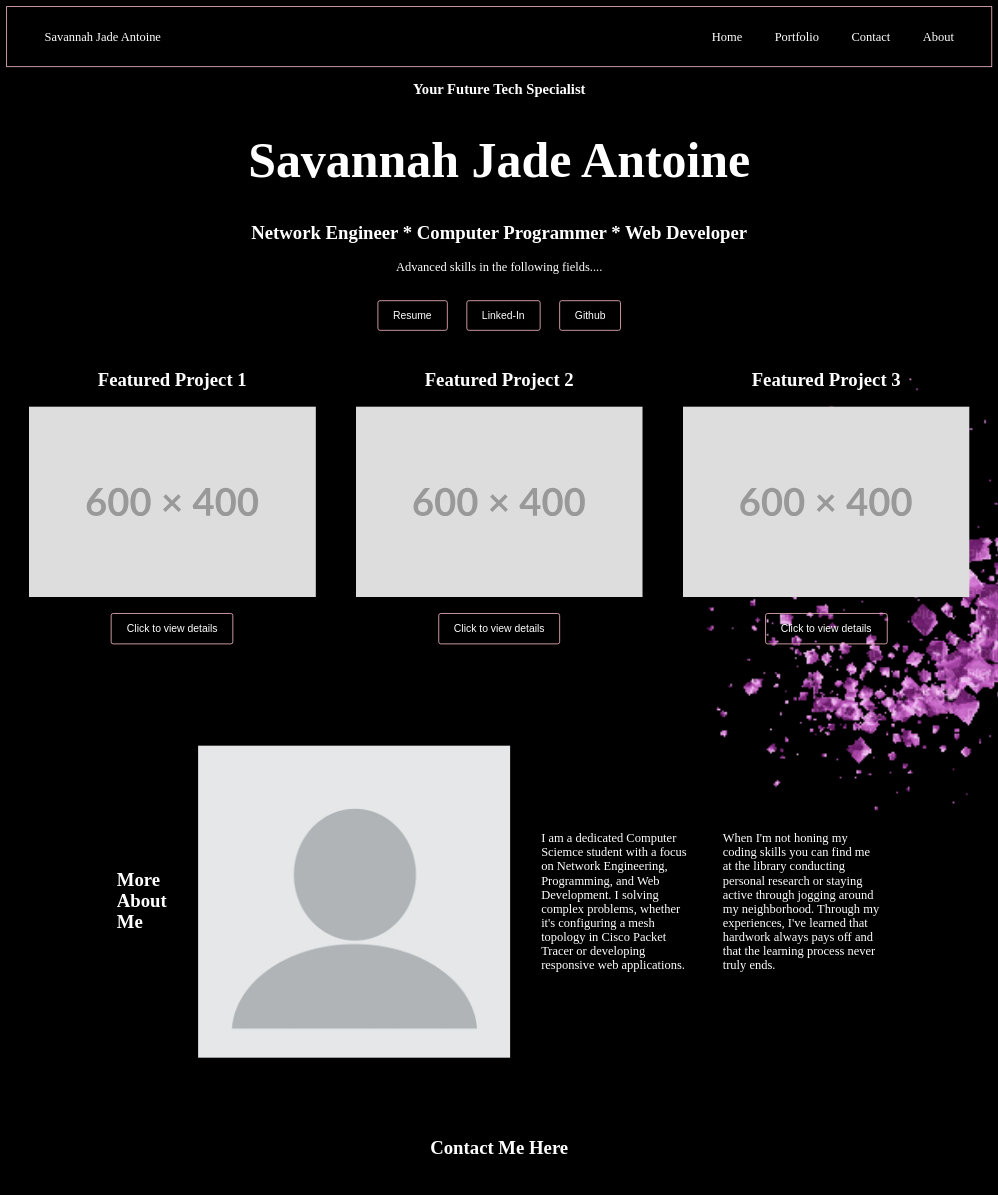
Repository: Savannah-Antoine/Savannah-Antoine
Page: index.html
These files come from the project's save history. The page is drawn as it stood at one moment and after the next save; the edit follows.
The browser window is 1280 px wide. The pictures show the whole page, at 78% of full size.

Above is the page before, as saved 2026-05-15 13:33:30.

### index.html
<!DOCTYPE html>
<html lang="en">
<head>
    <meta charset="UTF-8">
    <meta name="viewport" content="width=device-width, initial-scale=1.0">
    <link rel = "stylesheet" href = "./styles/index.css" />
    <link rel = "stylesheet" href = "./styles/globals.css" />
    <title>Savannah Jade Antoine Portfolio</title>
</head>
<body>
<header>
    <nav>
        <ul class = "homeButton">
           <li><a href = "index.html">Savannah Jade Antoine</a></li>
        </ul>
        <ul class = "navigation">
  <li><a href="index.html">Home</a></li>
  <li><a href="#PortfolioSection">Portfolio</a></li>
  <li><a href="#ContactMe">Contact</a></li>
  <li><a href="#AboutMe">About</a></li>
</ul>

</nav>
<h3>Your Future Tech Specialist</h3>
<h1> Savannah Jade Antoine</h1>
<h2>Network Engineer * Computer Programmer * Web Developer</h2>
<p> Advanced skills in the following fields....</p>
<div class = "infoButtons">
<a href = "Savannah Jade Resume (1).pdf"><button>Resume</button></a>
<a href = "www.linkedin.com/in/savannah-antoine-ab0756390"><button>Linked-In</button></a>
<button>Github</button>
</div>

</header>
<main class = "container">
<section id = "PortfolioSection" class = "project-card">

<h2>Featured Project 1</h2>
<img src = "./assets/images/placeholder1.svg" alt = "First Portfolio placeholder image" />
<p><a href = "./pages/project-name-1.html"><button>Click to view details</button></a>
</section>


<section class = "project-card">
<h2>Featured Project 2</h2>
<img src = "./assets/images/placeholder1.svg" alt = "Second Portfolio placeholder image" />
<p><a href = "./pages/project-name-2.html"><button>Click to view details</button></a>
</section>
<section class = "project-card">
<h2>Featured Project 3</h2>
<img src = "./assets/images/placeholder1.svg" alt = "Third Portfolio placeholder image" />
<p><a href = "./pages/project-name-3.html"><button>Click to view details</button></a>
</section>

<section id = "AboutMe" class = "aboutMe">
<h2>More About Me</h2>
<img src = "./assets/images/profilepic.png" alt = "profile picture" />
<p>I am a dedicated Computer Sciemce student with a focus on Network Engineering, Programming, and Web Development.
I solving complex problems, whether it's configuring a mesh topology in Cisco Packet Tracer or developing responsive web applications.
</p>
<P>
When I'm not honing my coding skills you can find me at the library conducting personal research or staying active through jogging around my neighborhood.
Through my experiences, I've learned that hardwork always pays off and that the learning process never truly ends.
</P>
</section>

<section id = "ContactMe">
<h2>Contact Me Here</h2>

</section>



</main>

</body>
</html>

### styles/index.css
.container{
  display: flex;
    flex-direction: column;
    align-items: center;
    gap: 2rem;
    padding: 1.2rem;

}
#AboutMe{
    display: flex;
    flex-direction: row;      /* Side-by-side */
    align-items: center;       /* Vertically centers image and text */
    justify-content: center;   /* Horizontally centers the whole group */
    gap: 40px;                 /* Space between image and text */
    padding: 50px 10%;         /* Breathing room on the sides */
    text-align: left;
}


.navigation {
    display: grid;
    grid-template-columns: repeat(2, 1fr);
    gap: 0.6rem;
    text-align: right;
}


body h1{
    font-size: 2.5rem;

}

img{
    width: 100%;
    max-width: 400px;
    height: auto;
}

@media screen and (min-width: 768px)
{

   body h1 {
        font-size: 4rem;
    }
    .container {
        flex-direction: row;
        flex-wrap: wrap;
        align-items: flex-start;
        justify-content: space-around;
    }
    .project-card {
        width: 30%;
        min-width: 250px;
        text-align: center;
    }

    .aboutMe{
        width: 100%;
        text-align: center;
        margin-top: 2rem;

    }
    .navigation{
        display:flex;
    }

}


@media screen and (min-width: 1000px)
{
    .container {
        margin: 0 auto;
    }
}

### styles/globals.css
body {
    background-color: black;
  background-image: url(/assets/images/background-pic.gif);
  background-repeat: no-repeat;
  background-size: cover;
  color: white;
  font-size: 1rem;
  text-align: center;
}



.homeButton{
  order: -1;
  list-style-type: none;
  margin: 0;
  padding: 0;
  display: flex;
  justify-content: left;

}


nav {
    display: flex;
    justify-content: space-between;
    align-items: center;
    padding: 1rem 2rem;

    border: 0.1rem solid pink;
    cursor: pointer;


}



nav ul {
    display: flex;
    list-style: none;
    gap: 1rem;
    margin: 0;
    padding: 0;
}
button {
    padding: 0.7rem 1.2rem;
    background-color: transparent;
    color: white;
    border: 0.1rem solid pink;
    cursor: pointer;
    transition: all 0.3s ease;
    border-radius: 0.2rem;
    gap: 1rem;
}
button:hover {
    background-color: pink;
    color: rgb(31, 1, 31);
    transform: translateY(-3px);
    box-shadow: 0 0.3rem 1rem rgba(255, 255, 255, 0.3);
}

.infoButtons {
    display: flex;
    justify-content: center;
    gap: 1.5rem;
    margin-top: 1.4rem;
    min-width: 100px;
    padding: 0.7rem 0.9rem;
}

li a {
  display: block;
  color: white;
  padding: 0.8rem 1rem;
  text-decoration: none;
}

ul li a:hover {
 background-color: pink;
  color: rgb(31, 1, 31);
  box-shadow: 0 0.5rem 0.9rem rgba(255, 255, 255, 0.3)
}

h1{

  font-size: 4rem;
}

After the next save:
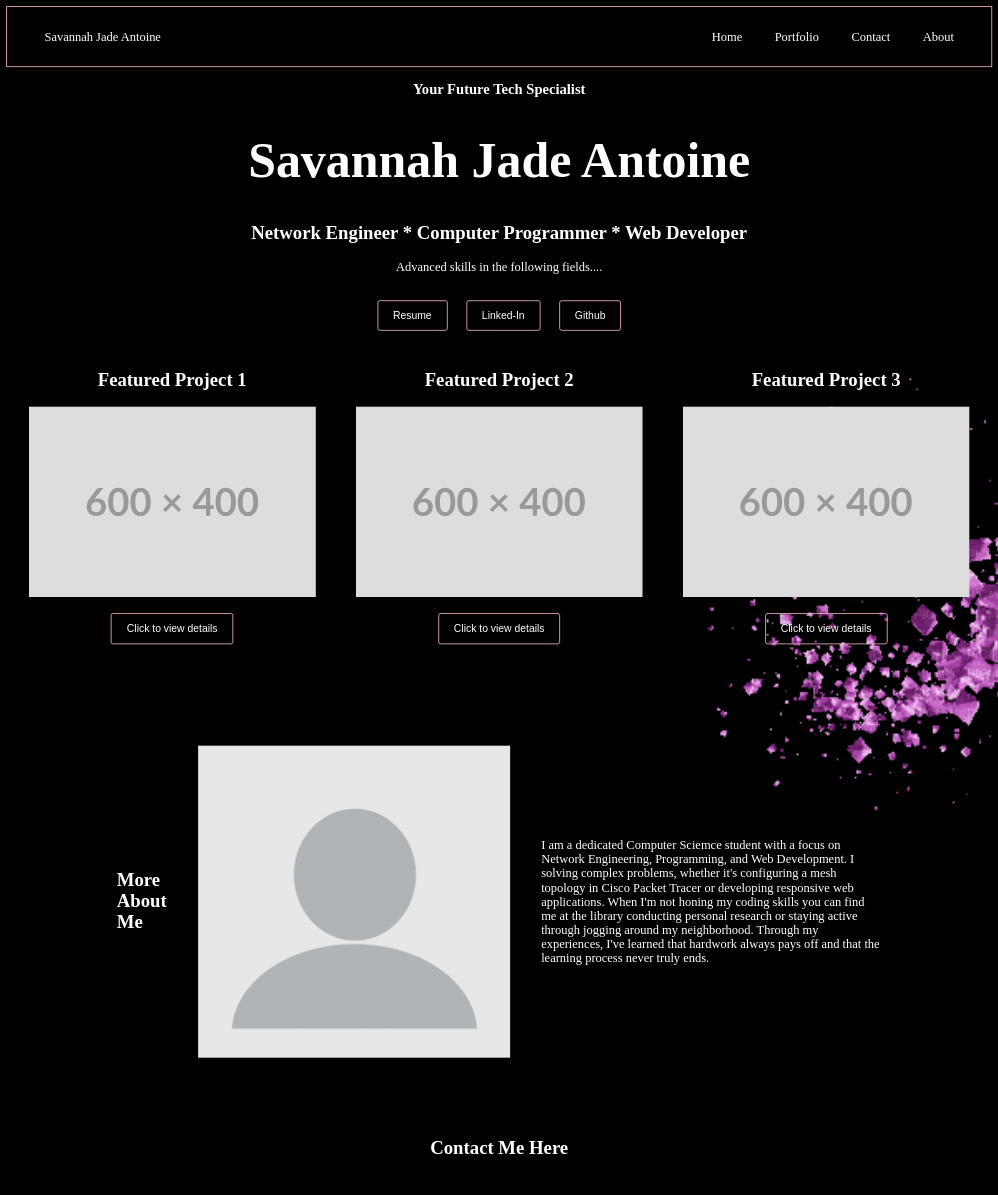
Saved 35 s later.
--- a/index.html
+++ b/index.html
@@ -57,8 +57,6 @@
 <img src = "./assets/images/profilepic.png" alt = "profile picture" />
 <p>I am a dedicated Computer Sciemce student with a focus on Network Engineering, Programming, and Web Development.
 I solving complex problems, whether it's configuring a mesh topology in Cisco Packet Tracer or developing responsive web applications.
-</p>
-<P>
 When I'm not honing my coding skills you can find me at the library conducting personal research or staying active through jogging around my neighborhood.
 Through my experiences, I've learned that hardwork always pays off and that the learning process never truly ends.
 </P>
